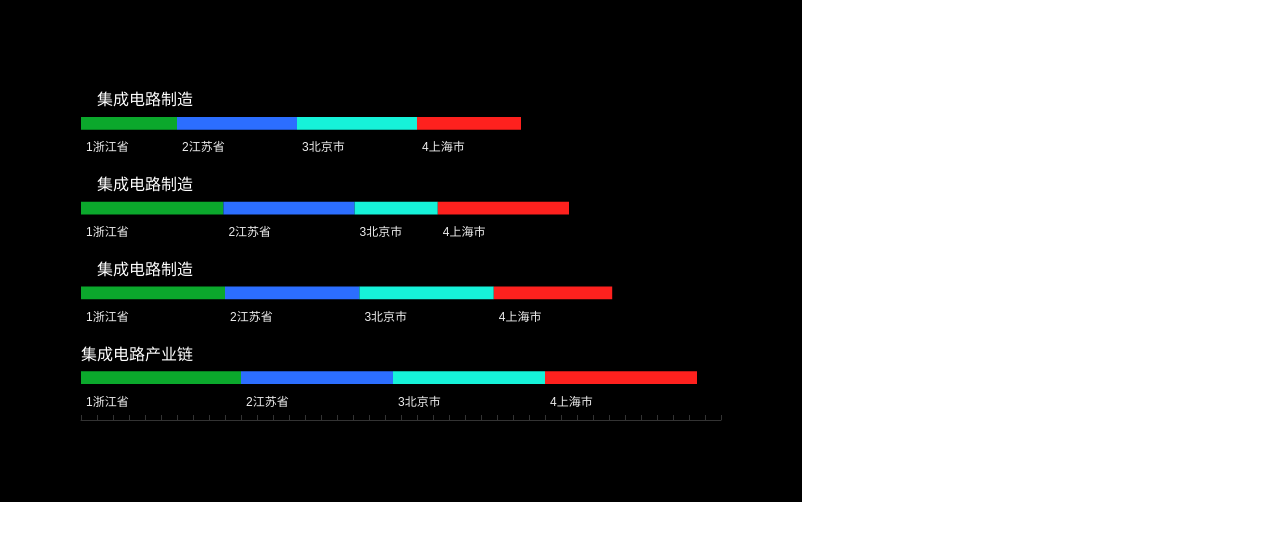
Repository: 572031690/echartproj
Page: /#/test
An editor plug-in stored every save of this project. The page is shown before and after the next save, followed by the edit.
The browser window is 1280 px wide. The pictures show the whole page.
The project was rebuilt for these pictures with package versions that can differ from the ones it lists, and the page was loaded fresh each time. Also part of the build but not shown: vue.config.js, src/components/Seller.vue, src/views/SellerPage.vue, src/utils/theme_utils.js, src/components/Trend.vue, src/views/TrendPage.vue, src/utils/map_utils.js, src/components/Map.vue and 9 more.

Above is the page before, as saved 2021-08-03 13:44:03.

After the next save:
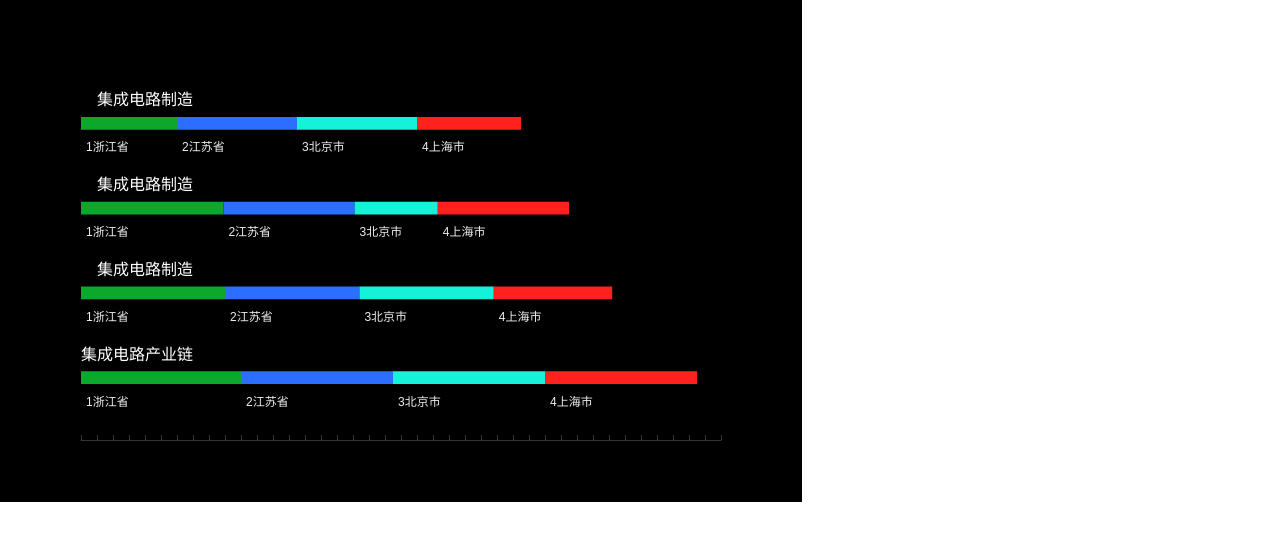
Saved 4 min 21 s later.
--- a/src/components/Test.vue
+++ b/src/components/Test.vue
@@ -155,8 +155,8 @@ export default {
             splitLine: {
               show: false
               // x轴横线
-
-            },
+            },
+            offset: 20,
             axisLine: {
               // 设置轴线
               show: true
